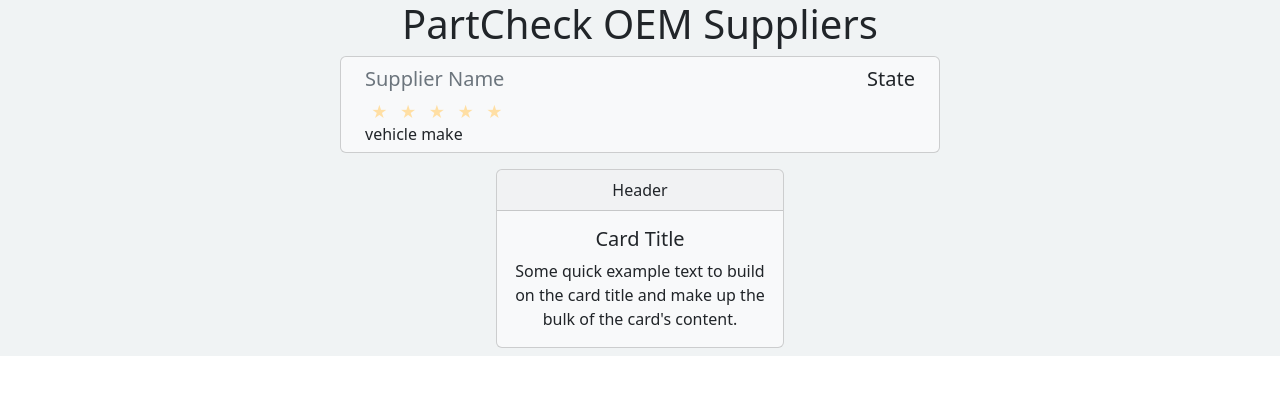
Repository: trungna4699/coding_challenge
Page: /
An editor plug-in stored every save of this project. The page is shown before and after the next save, followed by the edit.
The browser window is 1280 px wide. The pictures show the whole page.
The project was rebuilt for these pictures with package versions that can differ from the ones it lists, and the page was loaded fresh each time.

Above is the page before, as saved 2022-09-01 16:53:00.

### src/index.css
body {
  margin: 0;
  background-color: #F0F3F4;
  font-family: -apple-system, BlinkMacSystemFont, 'Segoe UI', 'Roboto', 'Oxygen',
    'Ubuntu', 'Cantarell', 'Fira Sans', 'Droid Sans', 'Helvetica Neue',
    sans-serif;
  -webkit-font-smoothing: antialiased;
  -moz-osx-font-smoothing: grayscale;
}

code {
  font-family: source-code-pro, Menlo, Monaco, Consolas, 'Courier New',
    monospace;
}

### src/App.js
import './App.css';
import 'bootstrap/dist/css/bootstrap.min.css';

import Card from 'react-bootstrap/Card';
import StarRating from './starRating';

function App() {
  return (
    <div className="App">
      <h1>PartCheck OEM Suppliers</h1>

      <div className='listContainer'>
        <Card
          bg={"light"}
          style={{ width: '600px' }}
          className="mb-3"
        >
          <div className="supplierItems">
            <div className='supplierInfo'>
              <h5 className='text-secondary ms-4'>Supplier Name</h5>
              <h5 className='me-4'>State</h5>
            </div>

            <div className="ms-4" id="ratingStar">
              <StarRating />
              {/* {[...Array(5)].map((star) => {
                return (
                  <span className="star">&#9733;</span>
                );
              })} */}
            </div>
            <div className="ms-4" id="vehicleList">
              <h6>vehicle make</h6>
            </div>
          </div>
        </Card>

        <Card
          bg={"light"}
          // key={variant}
          text={"dark"}
          style={{ width: '18rem' }}
          className="mb-2"
        >
          <Card.Header>Header</Card.Header>
          <Card.Body>
            <Card.Title>Card Title </Card.Title>
            <Card.Text>
              Some quick example text to build on the card title and make up the
              bulk of the card's content.
            </Card.Text>
          </Card.Body>
        </Card>

      </div>


    </div>
  );
}

export default App;

### src/App.css
.App {
  background-color: #F0F3F4;
  text-align: center;
}

/* Star */
button {
  background-color: transparent;
  border: none;
  outline: none;
  cursor: pointer;
}
.on {
  color: #FFA600;
}
.off {
  color: #FFDFA4;
}
/*  */

.listContainer {
  display: flex;
  flex-direction: column;
  align-items: center;
}

.supplierInfo {
  display: flex;
  justify-content: space-between;
  margin-top: 10px;
}

#ratingStar {
  display: flex;
}

#vehicleList {
  display: flex;
}



/* Default Settings */
.App-logo {
  height: 40vmin;
  pointer-events: none;
}

@media (prefers-reduced-motion: no-preference) {
  .App-logo {
    animation: App-logo-spin infinite 20s linear;
  }
}

.App-header {
  background-color: #282c34;
  min-height: 100vh;
  display: flex;
  flex-direction: column;
  align-items: center;
  justify-content: center;
  font-size: calc(10px + 2vmin);
  color: white;
}

.App-link {
  color: #61dafb;
}

@keyframes App-logo-spin {
  from {
    transform: rotate(0deg);
  }
  to {
    transform: rotate(360deg);
  }
}

### src/starRating.js
import React, { useState } from "react";

const StarRating = () => {
  const [rating, setRating] = useState(0);
  const [hover, setHover] = useState(0);
  return (
    <div className="star-rating">
      {[...Array(5)].map((star, index) => {
        index += 1;
        return (
          <button
            type="button"
            key={index}
            className={index <= (hover || rating) ? "on" : "off"}
            onClick={() => setRating(index)}
            onMouseEnter={() => setHover(index)}
            onMouseLeave={() => setHover(rating)}
          >
            <span className="star">&#9733;</span>
          </button>
        );
      })}
    </div>
  );
};

export default StarRating;

Loaded but not shown: public/index.html (common file); src/index.js (common file); src/reportWebVitals.js (common file)

After the next save:
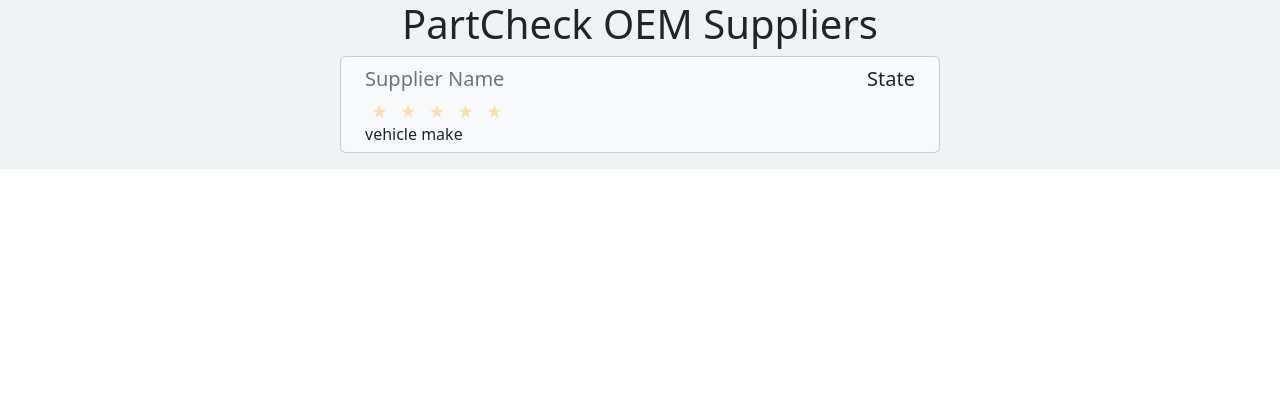
Saved 41 s later.
--- a/src/App.js
+++ b/src/App.js
@@ -35,23 +35,6 @@ function App() {
           </div>
         </Card>
 
-        <Card
-          bg={"light"}
-          // key={variant}
-          text={"dark"}
-          style={{ width: '18rem' }}
-          className="mb-2"
-        >
-          <Card.Header>Header</Card.Header>
-          <Card.Body>
-            <Card.Title>Card Title </Card.Title>
-            <Card.Text>
-              Some quick example text to build on the card title and make up the
-              bulk of the card's content.
-            </Card.Text>
-          </Card.Body>
-        </Card>
-
       </div>
 
 
